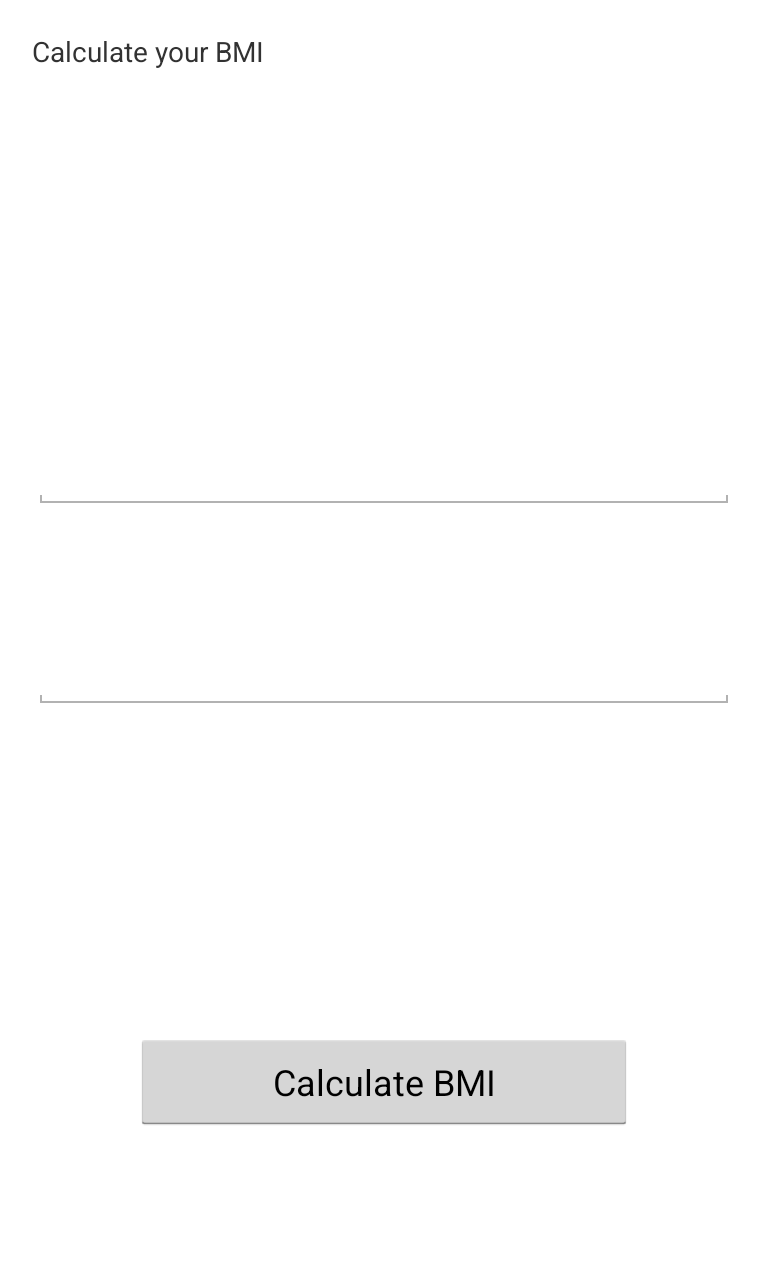
Repository: me222rs/AndroidLab1
Layout: BMI/res/layout/activity_main.xml
These files come from the project's save history. The layout is drawn as it stood at one moment and after the next save; the edit follows.
It is drawn on a 768 x 1280 px phone screen (xhdpi) without system bars, with theme AppTheme; the app's code is not run.

Above is the layout before, as saved 2014-11-17 10:31:07.

After the next save:
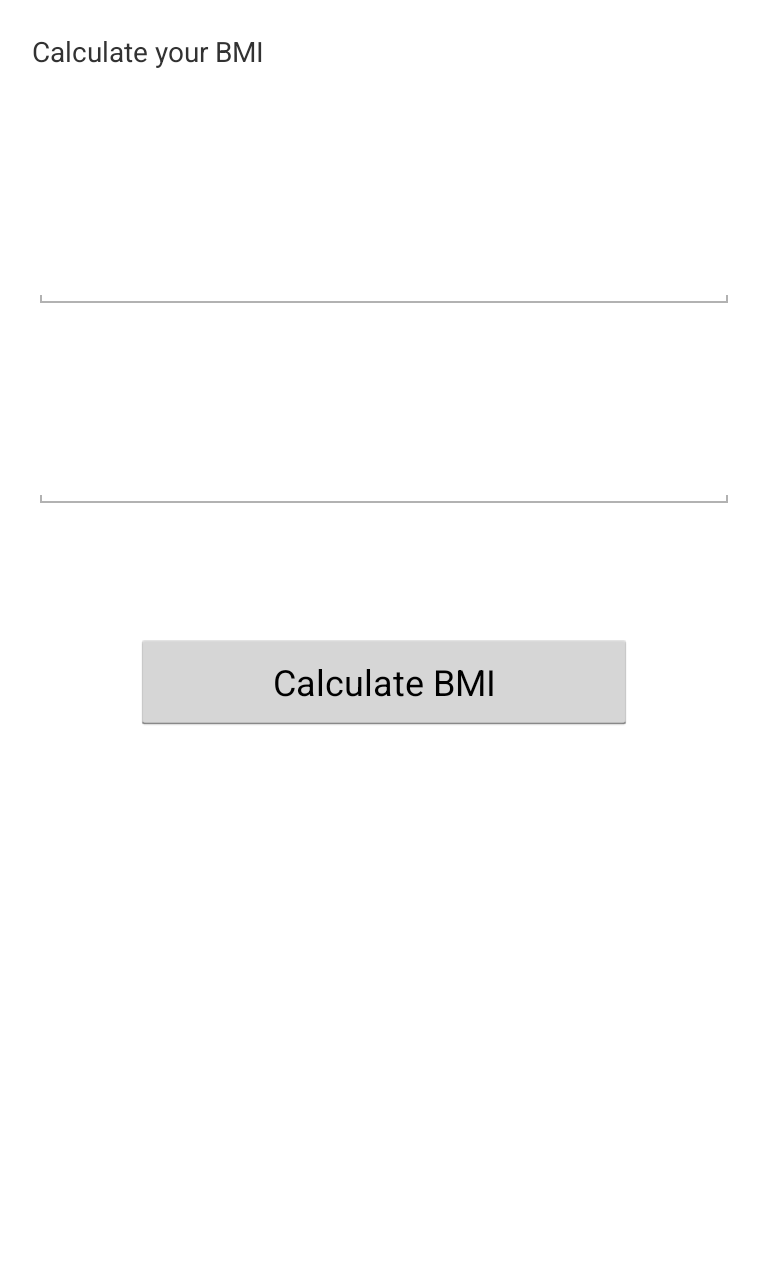
Saved 15 s later.
--- a/BMI/res/layout/activity_main.xml
+++ b/BMI/res/layout/activity_main.xml
@@ -18,20 +18,20 @@
         android:inputType="number"
 		android:layout_width="match_parent"
 		android:layout_height="wrap_content"
-		android:layout_marginTop="200dp" />
+		android:layout_marginTop="100dp" />
 
         <EditText android:id="@+id/weight"
         android:inputType="number"
 		android:layout_width="match_parent"
 		android:layout_height="wrap_content"
-		android:layout_marginTop="300dp" />
+		android:layout_marginTop="200dp" />
 
 
         <Button android:id="@+id/bmi_button"
         android:layout_centerHorizontal="true"
     	android:layout_height="50dp"
      	android:layout_width="250dp"
-     	android:layout_marginTop="500dp"
+     	android:layout_marginTop="300dp"
         android:layout_gravity="center"
         android:text="Calculate BMI" />
 
